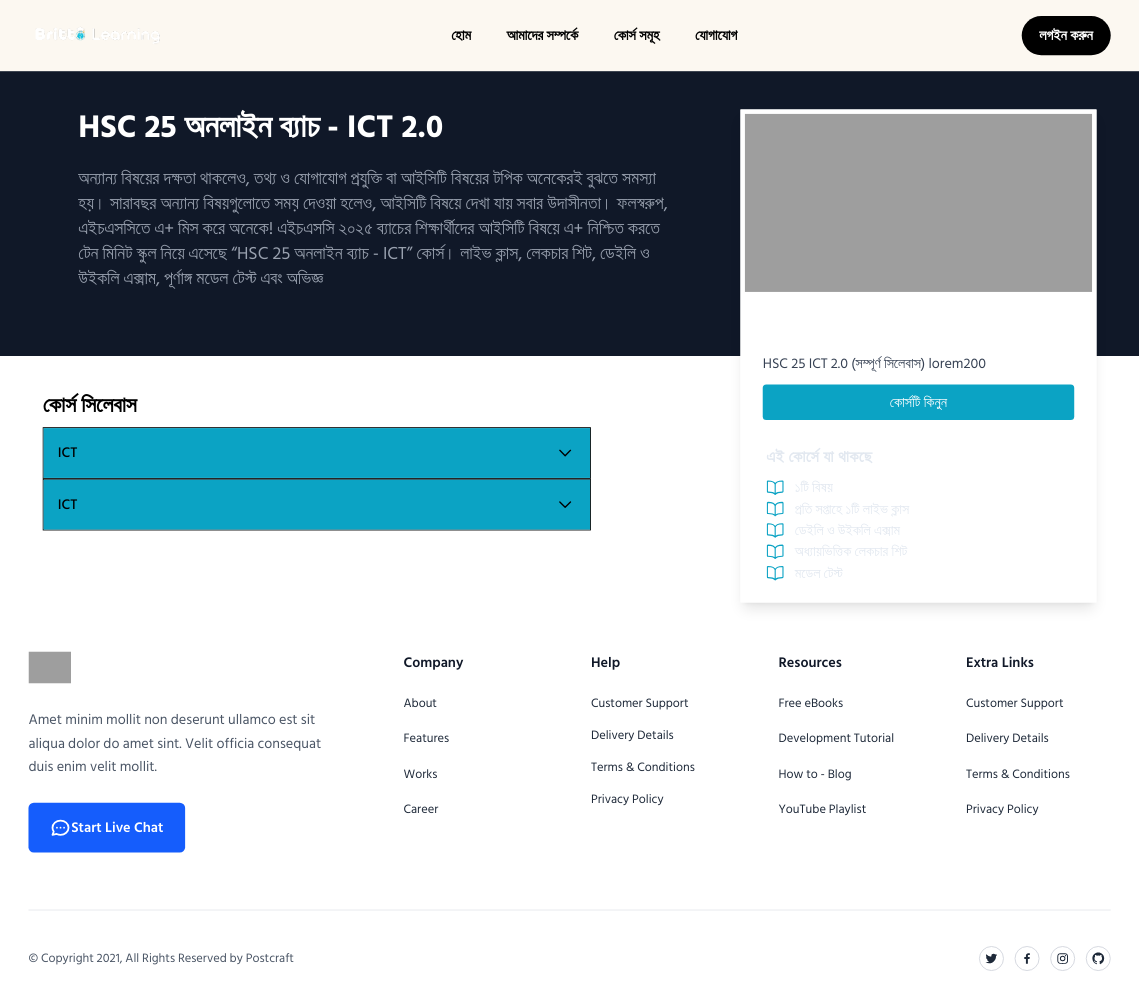
Repository: Ruddro420/course-selling
Page: /single-course
An editor plug-in stored every save of this project. The page is shown before and after the next save, followed by the edit.
The browser window is 1280 px wide. The pictures show the whole page, at 89% of full size.
Pictures or frames that could not be fetched are drawn as grey boxes. The project was rebuilt for these pictures with package versions that can differ from the ones it lists, and the page was loaded fresh each time. Also part of the build but not shown: vite.config.js, src/components/AboutSection.jsx, src/components/ContactSection.jsx, src/components/CourseSection.jsx, src/components/Hero.jsx, src/components/TeamSection.jsx, src/components/WhyUsSection.jsx, src/pages/Home.jsx and 2 more.

Above is the page before, as saved 2025-02-06 03:55:44.

### index.html
<!doctype html>
<html lang="en">

<head>
  <meta charset="UTF-8" />
  <link rel="icon" type="image/svg+xml" href="/img/fav-icon.jpg" />
  <meta name="viewport" content="width=device-width, initial-scale=1.0" />
  <link rel="preconnect" href="https://fonts.googleapis.com">
  <link rel="preconnect" href="https://fonts.gstatic.com" crossorigin>
  <link href="https://fonts.googleapis.com/css2?family=Hind+Siliguri:wght@300;400;500;600;700&display=swap"
    rel="stylesheet">
  <title>Britto Learning</title>
</head>

<body>
  <div id="root"></div>
  <script type="module" src="/src/main.jsx"></script>
</body>

</html>

### src/main.jsx
import { StrictMode } from 'react'
import { createRoot } from 'react-dom/client'
import './index.css'
import {
  createBrowserRouter,
  RouterProvider,
} from "react-router-dom";
import Home from './pages/Home.jsx';
import MainLayout from './MainLayout/MainLayout.jsx';
import LoginPage from './pages/LoginPage.jsx';
import AuthPage from './pages/AuthPage.jsx';
import CoursePage from './pages/CoursePage.jsx';

const router = createBrowserRouter([
  {
    path: "/",
    element: <MainLayout />,
    children: [
      {
        path: '/',
        element: <Home />
      },
      {
        path: '/single-course',
        element: <CoursePage />
      }
    ]
  },
  {
    path: '/login',
    element: <LoginPage />
  },
  {
    path: '/register',
    element: <AuthPage />
  }
]);

createRoot(document.getElementById('root')).render(
  <StrictMode>
    <RouterProvider router={router} />
  </StrictMode>,
)

### src/index.css
@import "tailwindcss";
/* Hind Siliguri Font */
@import url('https://fonts.googleapis.com/css2?family=Hind+Siliguri:wght@300;400;500;600;700&display=swap');

/* Basic Setup */
body {
  font-family: "Hind Siliguri", serif!important;
}
.course{
  padding-top: 4rem;
}

.main-card{
  border: 5px solid white;
  width: 400px;
}
.hero-cards{
  margin-top: 200px;
}
.card-vedio{
  height: 200px;
}


.sylebus{
  width: 616px;
}

@media(max-width:768px){

  .course-hero-section {

      height: 550px;
      margin-bottom: 400px;
  }
  .course{
      /* height: 550px; */

  }
  .course-hero{
      margin-top: 330px;
  }
  .hero-cards{
      margin-top: 0px;
      padding-top: 10px;
  }
  .hero-cards2{
      margin-top: 0px;
      padding-top: 0px;
  }
  .main-card{
      border: 5px solid white;
      width: 350px;
      margin: auto;
  }
  .sylebus{
      width: 360px;
  }

}

### src/MainLayout/MainLayout.jsx
import { Outlet } from "react-router-dom";
import Header from "../components/Header";
import MainFooter from "../components/MainFooter";

const MainLayout = () => {
    return (
        <div>
            <Header />
            <Outlet />
            <MainFooter />
        </div>
    );
};

export default MainLayout;

### src/pages/CoursePage.jsx

import CourseHero from '../components/courseComponent/CourseHero';
import CourseSylabus from '../components/courseComponent/CourseSylabus';

const CoursePage = () => {
  return (
    <>
      <CourseHero />
      <CourseSylabus/>
    </>
  );
};

export default CoursePage;

### src/components/Header.jsx
import { Link } from "react-router-dom";

const Header = () => {
    return (
        <div>
            <header className="bg-[#FCF8F1] bg-opacity-30">
                <div className="px-4 mx-auto sm:px-6 lg:px-8">
                    <div className="flex items-center justify-between h-16 lg:h-20">
                        <div className="flex-shrink-0">
                            <a href="#" title="" className="flex">
                                <img className="w-auto h-8" src="../../img/logo.png" alt="" />
                            </a>
                        </div>

                        <button type="button" className="inline-flex p-2 text-black transition-all duration-200 rounded-md lg:hidden focus:bg-gray-100 hover:bg-gray-100">
                            {/*    <!-- Menu open: "hidden", Menu closed: "block" --> */}
                            <svg className="block w-6 h-6" xmlns="http://www.w3.org/2000/svg" fill="none" viewBox="0 0 24 24" stroke="currentColor">
                                <path strokeLinecap="round" strokeLinejoin="round" strokeWidth="2" d="M4 8h16M4 16h16"></path>
                            </svg>

                            {/*  <!-- Menu open: "block", Menu closed: "hidden" --> */}
                            <svg className="hidden w-6 h-6" xmlns="http://www.w3.org/2000/svg" fill="none" viewBox="0 0 24 24" stroke="currentColor">
                                <path strokeLinecap="round" strokeLinejoin="round" strokeWidth="2" d="M6 18L18 6M6 6l12 12"></path>
                            </svg>
                        </button>

                        <div className="hidden lg:flex lg:items-center lg:justify-center lg:space-x-10">
                            <a href="#" title="" className="text-base text-black transition-all duration-200 hover:text-opacity-80 font-bold"> হোম </a>

                            <a href="#" title="" className="text-base text-black transition-all duration-200 hover:text-opacity-80 font-bold"> আমাদের সম্পর্কে </a>

                            <a href="#" title="" className="text-base text-black transition-all duration-200 hover:text-opacity-80 font-bold"> কোর্স সমূহ </a>

                            <a href="#" title="" className="text-base text-black transition-all duration-200 hover:text-opacity-80 font-bold"> যোগাযোগ </a>
                        </div>

                        <Link to='/login' href="#" title="" className="hidden lg:inline-flex items-center justify-center px-5 py-2.5 text-base transition-all duration-200 hover:bg-yellow-300 hover:text-black focus:text-black focus:bg-yellow-300 font-semibold text-white bg-black rounded-full" role="button"> লগইন করুন </Link>
                    </div>
                </div>
            </header>
        </div>
    );
};

export default Header;

### src/components/courseComponent/CourseHero.jsx
import { IoBookOutline } from "react-icons/io5";

const CourseHero = () => {
  return (
    <div>
    <div className="bg-gray-900 py-20 course-hero-section  h-80 flex items-center justify-between mx-auto p-4">
      <div className="container mx-auto mt-10 max-w-screen-xl md:px-12">
        <div className="flex flex-col course-hero md:flex-row md:gap-12">

          <div className="md:w-1/2 lg:w-2/3 pt-20 px-6 flex-grow hero-cards">
            <h1 className=" md:text-4xl text-xl text-white font-bold mb-6">
              HSC 25 অনলাইন ব্যাচ - ICT 2.0
            </h1>
            <p className="text-md md:text-xl lg:text-xl text-gray-400 mb-8">
              অন্যান্য বিষয়ের দক্ষতা থাকলেও, তথ্য ও যোগাযোগ প্রযুক্তি বা
              আইসিটি বিষয়ের টপিক অনেকেরই বুঝতে সমস্যা হয়। সারাবছর অন্যান্য
              বিষয়গুলোতে সময় দেওয়া হলেও, আইসিটি বিষয়ে দেখা যায় সবার উদাসীনতা।
              ফলস্বরুপ, এইচএসসিতে এ+ মিস করে অনেকে! এইচএসসি ২০২৫ ব্যাচের
              শিক্ষার্থীদের আইসিটি বিষয়ে এ+ নিশ্চিত করতে টেন মিনিট স্কুল নিয়ে
              এসেছে “HSC 25 অনলাইন ব্যাচ - ICT” কোর্স। লাইভ ক্লাস, লেকচার শিট,
              ডেইলি ও উইকলি এক্সাম, পূর্ণাঙ্গ মডেল টেস্ট এবং অভিজ্ঞ
            </p>
          </div>

          <div className="md:w-1/2 lg:w-1/3 z-40  pt-20  md:mt-12  flex-shrink-0 hero-cards hero-cards2">
            <div className="max-w-md pb-4  bg-white  border-gray-200 dark:bg-gray-800 dark:border-gray-700  shadow-lg main-card">
              <a href="#">
                <iframe
                  className="w-full card-vedio"
                  src="https://www.youtube.com/embed/IjlYXtI2-GU?si=gBJ8wmkM5Jta3u4m"
                  title="YouTube video player"
                  frameBorder="0"
                  allow="accelerometer; autoplay; clipboard-write; encrypted-media; gyroscope; picture-in-picture; web-share"
                  referrerPolicy="strict-origin-when-cross-origin"
                  allowFullScreen
                ></iframe>
              </a>
              {/* Fee-container */}
              <div className="suggestion-pricing dark:text-white">
                <div className="p-5">
                  <a href="#">
                    <h5 className="mb-2 text-2xl font-bold tracking-tight text-gray-900 dark:text-white">
                      <span className="text-4xl font-semibold text-white tracking-tighter">
                        ৳1500
                      </span>
                    </h5>
                  </a>
                  <p className="mb-3 font-normal dark:text-white text-gray-700">
                    HSC 25 ICT 2.0 (সম্পূর্ণ সিলেবাস) lorem200
                  </p>
                  <button className="bg-[#0BA3C4] whitespace-nowrap text-center md:w-full w-full rounded py-2 lg:py-2 text-white ">
                    কোর্সটি কিনুন
                  </button>
                </div>

                <div className="">
                  <h3 className="text-lg  font-bold text-slate-200 tracking-wide uppercase px-6 py-2">
                    এই কোর্সে যা থাকছে
                  </h3>
                  <li className="flex space-x-3 items-center px-6">
                    <IoBookOutline className="flex-shrink-0  h-5 w-5 text-[#0BA3C4]" />
                    <span className="text-base text-slate-200">১টি বিষয়</span>
                  </li>
                  <li className="flex space-x-3 items-center px-6">
                    <IoBookOutline className="flex-shrink-0  h-5 w-5 text-[#0BA3C4]" />
                    <span className="text-base text-slate-200">
                      প্রতি সপ্তাহে ১টি লাইভ ক্লাস
                    </span>
                  </li>
                  <li className="flex space-x-3 items-center px-6">
                    <IoBookOutline className="flex-shrink-0  h-5 w-5 text-[#0BA3C4]" />
                    <span className="text-base text-slate-200">
                      ডেইলি ও উইকলি এক্সাম
                    </span>
                  </li>
                  <li className="flex space-x-3 items-center px-6">
                    <IoBookOutline className="flex-shrink-0  h-5 w-5 text-[#0BA3C4]" />
                    <span className="text-base text-slate-200">
                      অধ্যায়ভিত্তিক লেকচার শিট
                    </span>
                  </li>
                  <li className="flex space-x-3 items-center px-6">
                    <IoBookOutline className="flex-shrink-0  h-5 w-5 text-[#0BA3C4]" />
                    <span className="text-base text-slate-200">
                      মডেল টেস্ট
                    </span>
                  </li>
                </div>
              </div>
            </div>
          </div>


        </div>
      </div>
    </div>
  </div>
  );
};

export default CourseHero;

### src/components/courseComponent/CourseSylabus.jsx
import Dropdown from "./Dropdown";


const CourseSylabus = () => {
  return (
    <div>
      <div className="container mx-auto  mt-10 max-w-screen-xl px-6 md:px-12 mb-10">
        <div className="grid grid-cols-1  sm:grid-cols-2 md:grid-cols-3 lg:grid-cols-4">
          <h2 className="text-2xl mb-2 text-black font-bold">কোর্স  সিলেবাস</h2>
        </div>

        <Dropdown heading = "ICT" description = {
         <>
                    <p className="group-open:animate-fadeIn mt-3 text-neutral-600 ">অধ্যায়-১ : তথ্য ও যোগাযোগ প্রযুক্তি: বিশ্ব ও বাংলাদেশ প্রেক্ষিত
                    </p>
                    <hr />
                    <p className="group-open:animate-fadeIn mt-3 text-neutral-600">অধ্যায়-১ : তথ্য ও যোগাযোগ প্রযুক্তি: বিশ্ব ও বাংলাদেশ প্রেক্ষিত
                    </p>
                    <hr />
                    <p className="group-open:animate-fadeIn mt-3 text-neutral-600">অধ্যায়-১ : তথ্য ও যোগাযোগ প্রযুক্তি: বিশ্ব ও বাংলাদেশ প্রেক্ষিত
                    </p>
                    <hr />
                    <p className="group-open:animate-fadeIn mt-3 text-neutral-600">অধ্যায়-১ : তথ্য ও যোগাযোগ প্রযুক্তি: বিশ্ব ও বাংলাদেশ প্রেক্ষিত
                    </p>
                    <hr />
                    <p className="group-open:animate-fadeIn mt-3 text-neutral-600">অধ্যায়-১ : তথ্য ও যোগাযোগ প্রযুক্তি: বিশ্ব ও বাংলাদেশ প্রেক্ষিত
                    </p>
                    <hr />
         </>
          }/>
        <Dropdown heading = "ICT" description = {
         <>
                    <p className="group-open:animate-fadeIn mt-3 text-neutral-600 ">অধ্যায়-১ : তথ্য ও যোগাযোগ প্রযুক্তি: বিশ্ব ও বাংলাদেশ প্রেক্ষিত
                    </p>
                    <hr />
                    <p className="group-open:animate-fadeIn mt-3 text-neutral-600">অধ্যায়-১ : তথ্য ও যোগাযোগ প্রযুক্তি: বিশ্ব ও বাংলাদেশ প্রেক্ষিত
                    </p>
                    <hr />
                    <p className="group-open:animate-fadeIn mt-3 text-neutral-600">অধ্যায়-১ : তথ্য ও যোগাযোগ প্রযুক্তি: বিশ্ব ও বাংলাদেশ প্রেক্ষিত
                    </p>
                    <hr />
                    <p className="group-open:animate-fadeIn mt-3 text-neutral-600">অধ্যায়-১ : তথ্য ও যোগাযোগ প্রযুক্তি: বিশ্ব ও বাংলাদেশ প্রেক্ষিত
                    </p>
                    <hr />
                    <p className="group-open:animate-fadeIn mt-3 text-neutral-600">অধ্যায়-১ : তথ্য ও যোগাযোগ প্রযুক্তি: বিশ্ব ও বাংলাদেশ প্রেক্ষিত
                    </p>
                    <hr />
         </>
          }/>

      </div>
    </div>
  );
};

export default CourseSylabus;

### src/components/courseComponent/Dropdown.jsx
/* eslint-disable react/prop-types */


const Dropdown = ({ heading, description }) => {

    return (
      <>
     <div className="p-0 border sylebus ">
          <details className="group">
            <summary className="flex bg-[#0BA3C4] dark:text-white p-4 cursor-pointer list-none items-center justify-between font-medium border-amber-50">
              <span>{heading}</span>
              <span className="transition group-open:rotate-180">
                <svg
                  fill="none"
                  height="24"
                  shapeRendering="geometricPrecision"
                  stroke="currentColor"
                  strokeLinecap="round"
                  strokeLinejoin="round"
                  strokeWidth="1.5"
                  viewBox="0 0 24 24"
                  width="24"
                >
                  <path d="M6 9l6 6 6-6"></path>
                </svg>
              </span>
            </summary>
            <p className="group-open:animate-fadeIn mt-3 px-4 pb-4 dark:text-white text-neutral-600">
              {description}
            </p>
          </details>
        </div>


      </>
    );
  };

  export default Dropdown;

Loaded but not shown: src/components/MainFooter.jsx (182 lines, source omitted)

After the next save:
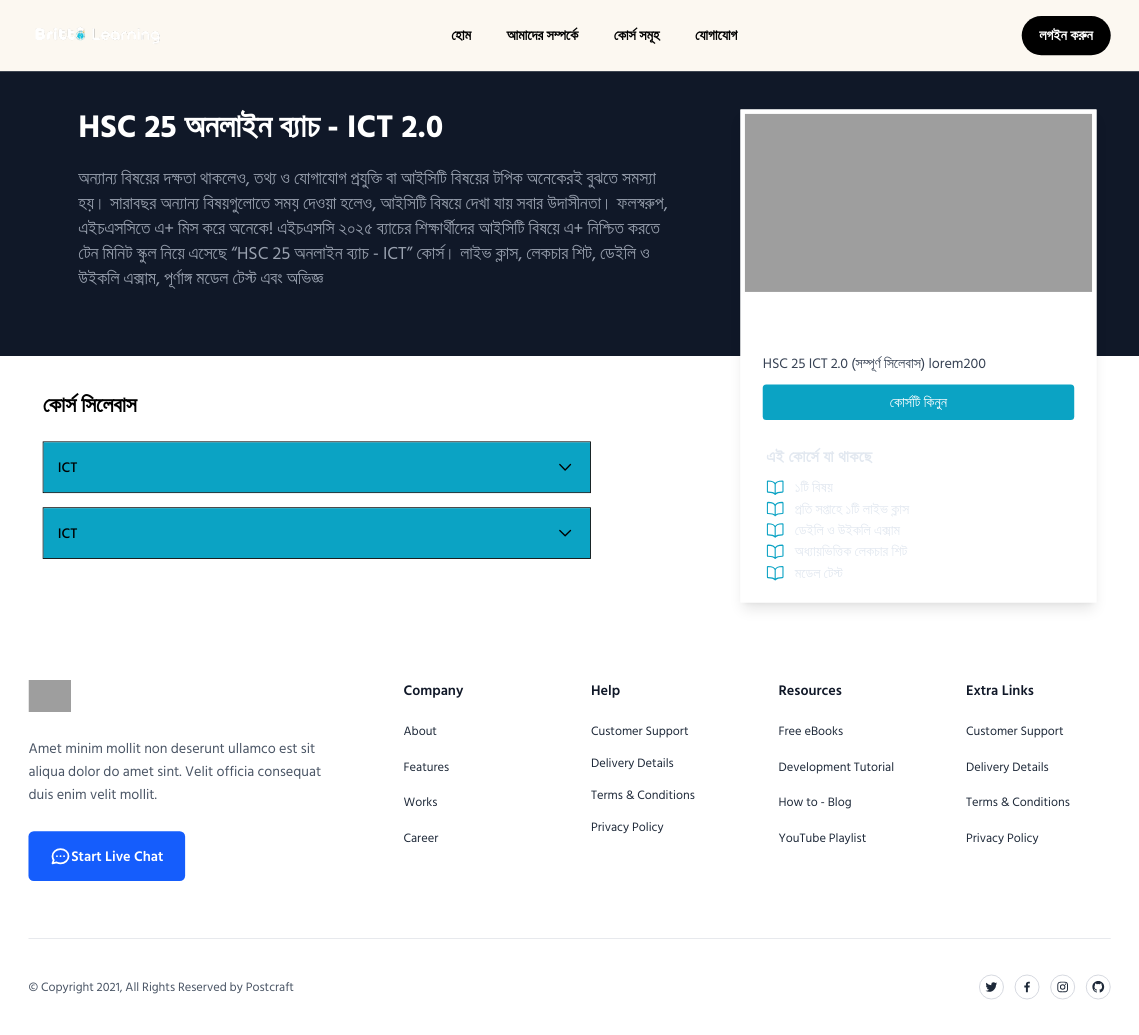
Saved 27 s later.
--- a/src/components/courseComponent/Dropdown.jsx
+++ b/src/components/courseComponent/Dropdown.jsx
@@ -5,7 +5,7 @@ const Dropdown = ({ heading, description }) => {
 
     return (
       <>
-     <div className="p-0 border sylebus ">
+     <div className="p-0 border sylebus mt-4">
           <details className="group">
             <summary className="flex bg-[#0BA3C4] dark:text-white p-4 cursor-pointer list-none items-center justify-between font-medium border-amber-50">
               <span>{heading}</span>
